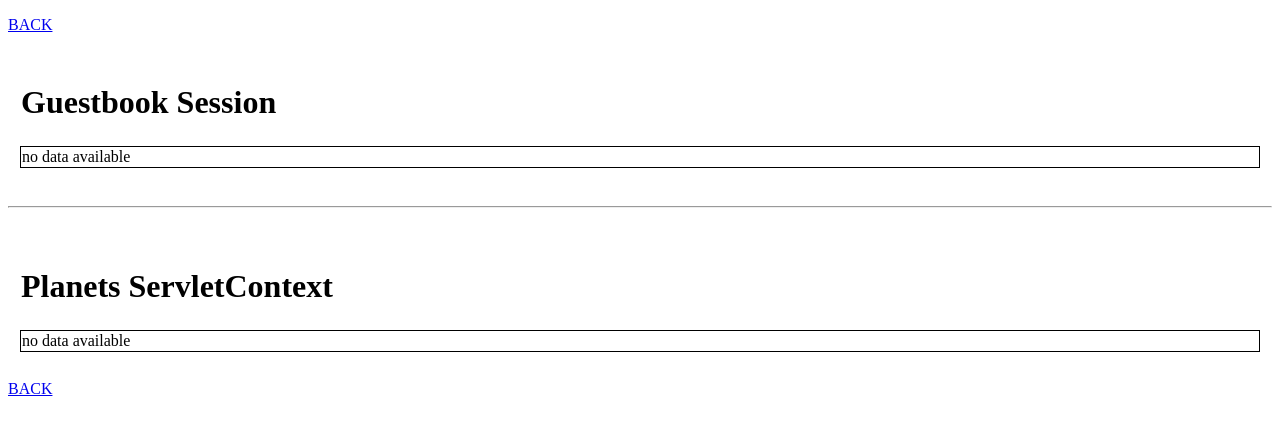
Repository: davidm15/FirstServlet
Page: http://localhost/Planetbook/show.jsp
An editor plug-in stored every save of this project. The page is shown before and after the next save, followed by the edit.
The browser window is 1280 px wide. The pictures show the whole page.
The page is served by Tomcat 9.

Above is the page before, as saved 2017-03-19 12:34:08.

After the next save:
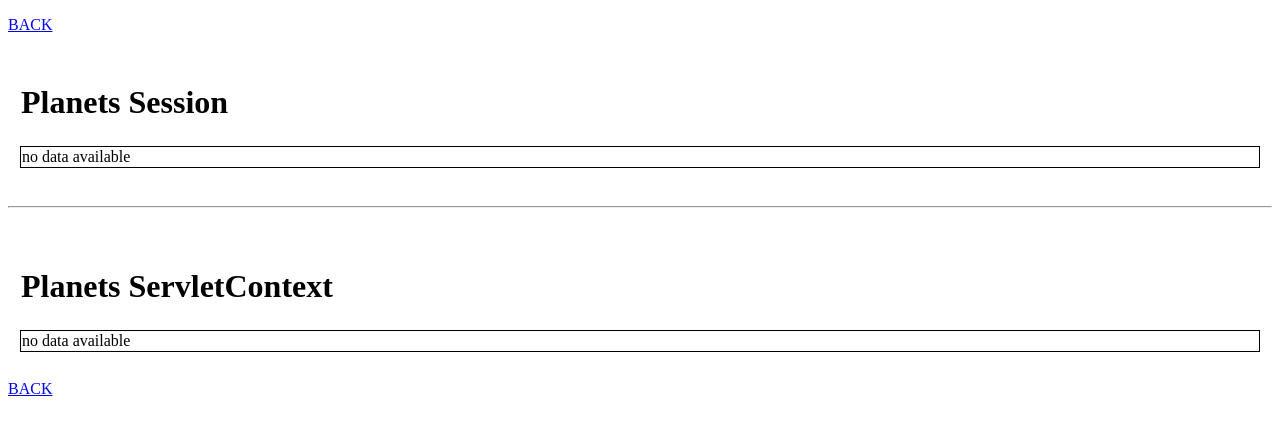
Saved 46 s later.
--- a/Planetbook/WebContent/show.jsp
+++ b/Planetbook/WebContent/show.jsp
@@ -16,7 +16,7 @@
 	<table style="width: 100%; padding: 10px;">
 		<thead>
 			<tr>
-				<td><h1>Guestbook Session</h1></td>
+				<td><h1>Planets Session</h1></td>
 			</tr>
 		</thead>
 		<tbody>
